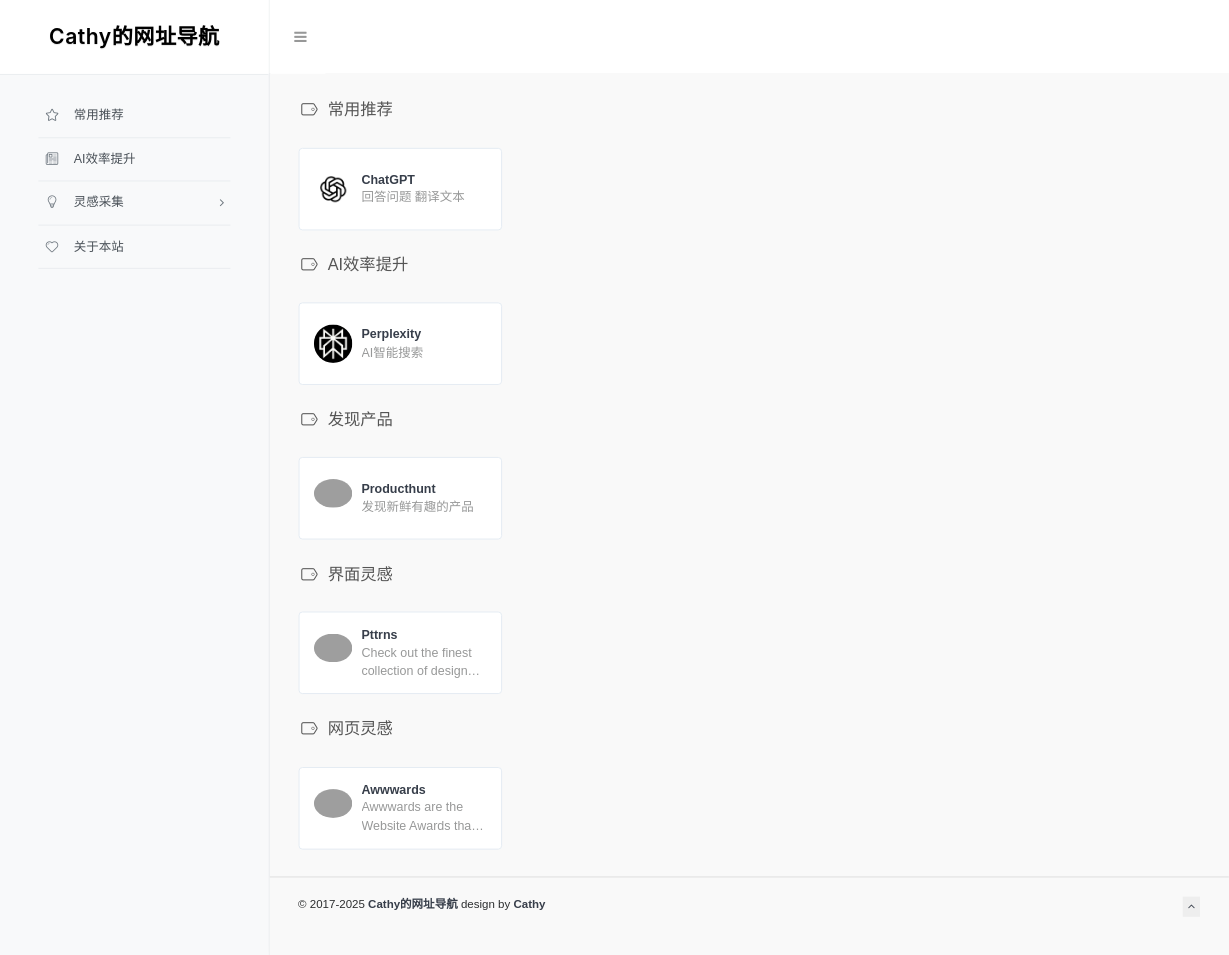
Repository: SweetPomelo0/AINav
Page: cn/index.html
An editor plug-in stored every save of this project. The page is shown before and after the next save, followed by the edit.
The browser window is 1280 px wide. The pictures show the whole page, at 96% of full size.
Pictures or frames that could not be fetched are drawn as grey boxes.

Above is the page before, as saved 2025-07-24 22:49:58.

### cn/index.html
<!doctype html>
<html lang="zh">
  <head>
    <meta charset="utf-8" />
    <meta http-equiv="X-UA-Compatible" content="IE=edge" />
    <meta name="viewport" content="width=device-width, initial-scale=1.0" />
    <meta name="author" content="viggo" />
    <title>Cathy的网址导航</title>
    <meta name="keywords" content="Cathy的网址导航,收集工作中常用网址" />
    <meta name="description" content="Cathy的网址导航,收集工作中常用网址" />
    <link rel="shortcut icon" href="../assets/images/favicon.png" />
    <link
      rel="stylesheet"
      href="http://fonts.googleapis.com/css?family=Arimo:400,700,400italic"
    />
    <link
      rel="stylesheet"
      href="../assets/css/fonts/linecons/css/linecons.css"
    />
    <link
      rel="stylesheet"
      href="../assets/css/fonts/fontawesome/css/font-awesome.min.css"
    />
    <link rel="stylesheet" href="../assets/css/bootstrap.css" />
    <link rel="stylesheet" href="../assets/css/xenon-core.css" />
    <link rel="stylesheet" href="../assets/css/xenon-components.css" />
    <link rel="stylesheet" href="../assets/css/xenon-skins.css" />
    <link rel="stylesheet" href="../assets/css/nav.css" />
    <style>
      /* 自定义logo文字样式 */
      .logo-text {
        text-decoration: none !important;
        display: block;
      }

      .logo-title {
        background: linear-gradient(135deg, #000000 0%, #000000 50%, #000000 100%);
        -webkit-background-clip: text;
        -webkit-text-fill-color: transparent;
        background-clip: text;
        font-size: 22px;
        font-weight: 600;
        font-family: 'Microsoft YaHei', 'PingFang SC', 'SF Pro Display', 'Helvetica Neue', Arial, sans-serif;
        text-decoration: none;
        display: block;
        line-height: 1.3;
        letter-spacing: 0.5px;
        transition: all 0.3s ease;
        text-shadow: 0 1px 1px rgba(0,0,0,0.1);
        text-align: center;
        width: 100%;
        /* 调整上下间距 */
        padding: 5px 0;
      }

      .logo-title-collapsed {
         color: #ffffff;
         font-size: 22px;
         font-weight: 700;
         font-family: 'Microsoft YaHei', 'PingFang SC', 'SF Pro Display', 'Helvetica Neue', Arial, sans-serif;
         text-decoration: none;
         display: inline-block;
         line-height: 1;
         text-align: center;
         width: 42px;
         height: 42px;
         line-height: 42px;
         background: linear-gradient(135deg, #000000 0%, #000000 50%, #000000 100%);
         border-radius: 12px;
         transition: all 0.3s cubic-bezier(0.4, 0, 0.2, 1);
         box-shadow: 0 4px 12px rgba(30, 136, 229, 0.3);
         border: 2px solid rgba(255, 255, 255, 0.1);
       }


      /* 确保logo容器样式 */
       .sidebar-menu .logo-env .logo {
         text-align: center !important;
         width: 100% !important;
         float: none !important;
         display: flex !important;
         justify-content: center !important;
         align-items: center !important;
       }

       /* 添加微妙的发光效果
       .logo-title::before {
         content: '';
         position: absolute;
         top: 0;
         left: 0;
         right: 0;
         bottom: 0;
         background: linear-gradient(135deg, rgba(199, 129, 191, 0.1) 0%, rgba(199, 129, 191, 0.1) 100%);
         border-radius: 8px;
         opacity: 0;
         transition: opacity 0.3s ease;
         z-index: -1;
       }*/

       .logo-text:hover .logo-title::before {
         opacity: 1;
       }

       /* 为logo文字添加相对定位 */
       .logo-title {
         position: relative;
       }

       /* 浅色侧边栏主题样式 */
       .sidebar-menu {
         background: #f8f9fa !important;
         border-right: 1px solid #e9ecef;
         box-shadow: 2px 0 10px rgba(0,0,0,0.1);
       }

       .sidebar-menu .logo-env {
         background: #ffffff;
         border-bottom: 1px solid #e9ecef !important;
         height: 78px;
       }

       .sidebar-menu .main-menu a {
         color: #495057 !important;
         border-bottom: 1px solid #e9ecef !important;
         transition: all 0.3s ease;
       }

       .sidebar-menu .main-menu a:hover {
         color: #007bff !important;
         background: #f1f3f4;
         padding-left: 15px;
         border-left: 3px solid #007bff;
       }

       .sidebar-menu .main-menu li.active > a {
         color: #007bff !important;
         background: #e3f2fd;
         border-left: 3px solid #007bff;
         font-weight: 500;
       }

       .sidebar-menu .main-menu a > i {
         color: #6c757d;
       }

       .sidebar-menu .main-menu a:hover > i,
       .sidebar-menu .main-menu li.active > a > i {
         color: #007bff;
       }

       .sidebar-menu .main-menu li.has-sub > a:before {
         color: #6c757d !important;
       }

       .sidebar-menu .main-menu li.has-sub:hover > a:before,
       .sidebar-menu .main-menu li.has-sub.active > a:before {
         color: #007bff !important;
       }

       /* 子菜单样式 */
       .sidebar-menu .main-menu ul li a {
         color: #6c757d !important;
         padding-left: 35px;
         font-size: 13px;
       }

       .sidebar-menu .main-menu ul li a:hover {
         color: #007bff !important;
         background: #f8f9fa;
         padding-left: 45px;
       }

       .sidebar-menu .main-menu ul li.active > a {
         color: #007bff !important;
         background: #e3f2fd;
         font-weight: 500;
       }

       /* 标签样式调整 */
       .sidebar-menu .main-menu .label {
         background: #28a745;
         color: white;
       }

       .sidebar-menu .main-menu .label-pink {
         background: #e91e63;
       }

       .sidebar-menu .main-menu .label-Primary {
         background: #007bff;
       }
    </style>
    <script src="../assets/js/jquery-1.11.1.min.js"></script>
  </head>

  <body class="page-body">
    <!-- skin-white -->
    <div class="page-container">
      <div class="sidebar-menu toggle-others fixed">
        <div class="sidebar-menu-inner">
          <header class="logo-env">
            <!-- logo -->
            <div class="logo">
              <a href="index.html" class="logo-expanded logo-text">
                <span class="logo-title">Cathy的网址导航</span>
              </a>
              <a href="index.html" class="logo-collapsed logo-text">
                <span class="logo-title-collapsed">C</span>
              </a>
            </div>

          </header>
          <ul id="main-menu" class="main-menu">
            <li>
              <a href="#常用推荐" class="smooth">
                <i class="linecons-star"></i>
                <span class="title">常用推荐</span>
              </a>
            </li>
            <li>
              <a href="#AI效率提升" class="smooth">
                <i class="linecons-doc"></i>
                <span class="title">AI效率提升</span>
              </a>
            </li>
            <li>
              <a>
                <i class="linecons-lightbulb"></i>
                <span class="title">灵感采集</span>
              </a>
              <ul>
                <li>
                  <a href="#发现产品" class="smooth">
                    <span class="title">发现产品</span>
                  </a>
                </li>
                <li>
                  <a href="#界面灵感" class="smooth">
                    <span class="title">界面灵感</span>
                  </a>
                </li>
                <li>
                  <a href="#网页灵感" class="smooth">
                    <span class="title">网页灵感</span>
                    <span class="label label-pink pull-right hidden-collapsed"
                      >Hot</span
                    >
                  </a>
                </li>

              </ul>
            </li>

            <li>
              <a href="about.html">
                <i class="linecons-heart"></i>
                <span class="tooltip-blue">关于本站</span>
                <!-- <span class="label label-Primary pull-right hidden-collapsed"
                  > </span> -->
              </a>
            </li>

          </ul>
        </div>
      </div>
      <div class="main-content">
        <nav class="navbar user-info-navbar" role="navigation">
          <!-- User Info, Notifications and Menu Bar -->
          <!-- Left links for user info navbar -->
          <ul class="user-info-menu left-links list-inline list-unstyled">
            <li class="hidden-sm hidden-xs">
              <a href="#" data-toggle="sidebar">
                <i class="fa-bars"></i>
              </a>
            </li>
        </nav>

        <!-- 常用推荐 -->
        <h4 class="text-gray">
          <i class="linecons-tag" style="margin-right: 7px" id="常用推荐"></i
          >常用推荐
        </h4>
        <div class="row">
          <div class="col-sm-3">
            <div
              class="xe-widget xe-conversations box2 label-info"
              onclick="window.open('https://chatgpt.com/', '_blank')"
              data-toggle="tooltip"
              data-placement="bottom"
              title=""
              data-original-title="https://chatgpt.com/"
            >
              <div class="xe-comment-entry">
                <a class="xe-user-img">
                  <img
                    data-src="../assets/images/logos/chatgpt.png"
                    class="lozad img-circle"
                    width="40"
                  />
                </a>
                <div class="xe-comment">
                  <a href="#" class="xe-user-name overflowClip_1">
                    <strong>ChatGPT</strong>
                  </a>
                  <p class="overflowClip_2">
                    回答问题 翻译文本
                  </p>
                </div>
              </div>
            </div>
          </div>

        </div>
        <br />
        <!-- END 常用推荐 -->

        <!-- AI效率提升 -->
        <h4 class="text-gray">
          <i class="linecons-tag" style="margin-right: 7px" id="AI效率提升"></i
          >AI效率提升
        </h4>
        <div class="row">
          <div class="col-sm-3">
            <div
              class="xe-widget xe-conversations box2 label-info"
              onclick="window.open('https://www.perplexity.ai/', '_blank')"
              data-toggle="tooltip"
              data-placement="bottom"
              title=""
              data-original-title="https://www.perplexity.ai/"
            >
              <div class="xe-comment-entry">
                <a class="xe-user-img">
                  <img
                    data-src="../assets/images/logos/perplexity.png"
                    class="lozad img-circle"
                    width="40"
                  />
                </a>
                <div class="xe-comment">
                  <a href="#" class="xe-user-name overflowClip_1">
                    <strong>Perplexity</strong>
                  </a>
                  <p class="overflowClip_2">
                    AI智能搜索
                  </p>
                </div>
              </div>
            </div>
          </div>
        </div>

        <br />
        <!--END AI提效 -->
        <!-- 发现产品 -->
        <h4 class="text-gray">
          <i class="linecons-tag" style="margin-right: 7px" id="发现产品"></i
          >发现产品
        </h4>
        <div class="row">
          <div class="col-sm-3">
            <div
              class="xe-widget xe-conversations box2 label-info"
              onclick="window.open('https://www.producthunt.com/', '_blank')"
              data-toggle="tooltip"
              data-placement="bottom"
              title=""
              data-original-title="https://www.producthunt.com/"
            >
              <div class="xe-comment-entry">
                <a class="xe-user-img">
                  <img
                    data-src="../assets/images/logos/producthunt.png"
                    class="lozad img-circle"
                    width="40"
                  />
                </a>
                <span
                  class="label label-info"
                  data-toggle="tooltip"
                  data-placement="left"
                  title=""
                  data-original-title="Hello I am a Tooltip"
                ></span>
                <div class="xe-comment">
                  <a href="#" class="xe-user-name overflowClip_1">
                    <strong>Producthunt</strong>
                  </a>
                  <p class="overflowClip_2">发现新鲜有趣的产品</p>
                </div>
              </div>
            </div>
          </div>
        </div>
        <br />
        <!--END 发现产品 -->
        <!-- 界面灵感 -->
        <h4 class="text-gray">
          <i class="linecons-tag" style="margin-right: 7px" id="界面灵感"></i
          >界面灵感
        </h4>
        <div class="row">
          <div class="col-sm-3">
            <div
              class="xe-widget xe-conversations box2 label-info"
              onclick="window.open('https://www.pttrns.com/', '_blank')"
              data-toggle="tooltip"
              data-placement="bottom"
              title=""
              data-original-title="https://www.pttrns.com/"
            >
              <div class="xe-comment-entry">
                <a class="xe-user-img">
                  <img
                    data-src="../assets/images/logos/Pttrns.png"
                    class="lozad img-circle"
                    width="40"
                  />
                </a>
                <div class="xe-comment">
                  <a href="#" class="xe-user-name overflowClip_1">
                    <strong>Pttrns</strong>
                  </a>
                  <p class="overflowClip_2">
                    Check out the finest collection of design patterns,
                    resources, mobile apps and inspiration
                  </p>
                </div>
              </div>
            </div>
          </div>

        </div>
        <!--END 界面灵感 -->
        <br />
        <!-- 网页灵感 -->
        <h4 class="text-gray">
          <i class="linecons-tag" style="margin-right: 7px" id="网页灵感"></i
          >网页灵感
        </h4>
        <div class="row">
          <div class="col-sm-3">
            <div
              class="xe-widget xe-conversations box2 label-info"
              onclick="window.open('https://www.awwwards.com/', '_blank')"
              data-toggle="tooltip"
              data-placement="bottom"
              title=""
              data-original-title="https://www.awwwards.com/"
            >
              <div class="xe-comment-entry">
                <a class="xe-user-img">
                  <img
                    data-src="../assets/images/logos/awwwards.png"
                    class="lozad img-circle"
                    width="40"
                  />
                </a>
                <div class="xe-comment">
                  <a href="#" class="xe-user-name overflowClip_1">
                    <strong>Awwwards</strong>
                  </a>
                  <p class="overflowClip_2">
                    Awwwards are the Website Awards that recognize and promote
                    the talent and effort of the best developers, designers and
                    web agencies in the world.
                  </p>
                </div>
              </div>
            </div>
          </div>

        </div>

        <br />

        <footer class="main-footer sticky footer-type-1">
          <div class="footer-inner">
            <!-- Add your copyright text here -->
            <div class="footer-text">
              &copy; 2017-2025
              <a href="../cn/about.html"><strong>Cathy的网址导航</strong></a> design by
              <a href="https://www.viggoz.com" target="_blank"
                ><strong>Cathy</strong></a
              >
              <!--  - Purchase for only <strong>23$</strong> -->
            </div>
            <!-- Go to Top Link, just add rel="go-top" to any link to add this functionality -->
            <div class="go-up">
              <a href="#" rel="go-top">
                <i class="fa-angle-up"></i>
              </a>
            </div>
          </div>
        </footer>
      </div>
    </div>
    <!-- 锚点平滑移动 -->
    <script type="text/javascript">
      $(document).ready(function () {
        //img lazy loaded
        const observer = lozad();
        observer.observe();

        $(document).on("click", ".has-sub", function () {
          var _this = $(this);
          if (!$(this).hasClass("expanded")) {
            setTimeout(function () {
              _this.find("ul").attr("style", "");
            }, 300);
          } else {
            $(".has-sub ul").each(function (id, ele) {
              var _that = $(this);
              if (_this.find("ul")[0] != ele) {
                setTimeout(function () {
                  _that.attr("style", "");
                }, 300);
              }
            });
          }
        });
        $(".user-info-menu .hidden-sm").click(function () {
          if ($(".sidebar-menu").hasClass("collapsed")) {
            $(".has-sub.expanded > ul").attr("style", "");
          } else {
            $(".has-sub.expanded > ul").show();
          }
        });
        $("#main-menu li ul li").click(function () {
          $(this).siblings("li").removeClass("active"); // 删除其他兄弟元素的样式
          $(this).addClass("active"); // 添加当前元素的样式
        });
        $("a.smooth").click(function (ev) {
          ev.preventDefault();

          public_vars.$mainMenu
            .add(public_vars.$sidebarProfile)
            .toggleClass("mobile-is-visible");
          ps_destroy();
          $("html, body").animate(
            {
              scrollTop: $($(this).attr("href")).offset().top - 30,
            },
            {
              duration: 500,
              easing: "swing",
            }
          );
        });
        return false;
      });

      var href = "";
      var pos = 0;
      $("a.smooth").click(function (e) {
        $("#main-menu li").each(function () {
          $(this).removeClass("active");
        });
        $(this).parent("li").addClass("active");
        e.preventDefault();
        href = $(this).attr("href");
        pos = $(href).position().top - 30;
      });
    </script>
    <!-- Bottom Scripts -->
    <script src="../assets/js/bootstrap.min.js"></script>
    <script src="../assets/js/TweenMax.min.js"></script>
    <script src="../assets/js/resizeable.js"></script>
    <script src="../assets/js/joinable.js"></script>
    <script src="../assets/js/xenon-api.js"></script>
    <script src="../assets/js/xenon-toggles.js"></script>
    <!-- JavaScripts initializations and stuff -->
    <script src="../assets/js/xenon-custom.js"></script>
    <script src="../assets/js/lozad.js"></script>
  </body>
</html>

### assets/css/nav.css
.box2 {
    height: 86px;
    cursor: pointer;
    border-radius: 4px;
    padding: 0px 30px 0px 30px;
    background-color: #fff;
    border-radius: 4px;
    border: 1px solid #e4ecf3;
    margin: 20px 0 0 0;
    -webkit-transition: all 0.3s ease;
    -moz-transition: all 0.3s ease;
    -o-transition: all 0.3s ease;
    transition: all 0.3s ease;
}

.box2:hover {
    transform: translateY(-6px);
    -webkit-transform: translateY(-6px);
    -moz-transform: translateY(-6px);
    box-shadow: 0 26px 40px -24px rgba(0, 36, 100, 0.3);
    -webkit-box-shadow: 0 26px 40px -24px rgba(0, 36, 100, 0.3);
    -moz-box-shadow: 0 26px 40px -24px rgba(0, 36, 100, 0.3);
    -webkit-transition: all 0.3s ease;
    -moz-transition: all 0.3s ease;
    -o-transition: all 0.3s ease;
    transition: all 0.3s ease;
}

.xe-comment-entry img {
    float: left;
    display: block;
    margin-right: 10px;
}
.xe-comment {
    transform: translateY(-50%);
    position: absolute;
    margin-left: 50px;
    top: 50%;
}
.xe-comment p {
    margin-bottom: 0px;
    margin-right: 15px;
}
.overflowClip_1 {
    overflow: hidden;
    text-overflow: ellipsis;
    display: -webkit-box;
    -webkit-line-clamp: 1;
    -webkit-box-orient: vertical;
}
.overflowClip_2 {
    overflow: hidden;
    text-overflow: ellipsis;
    display: -webkit-box;
    -webkit-line-clamp: 2;
    -webkit-box-orient: vertical;
}


.submit-tag{
    margin-top: 50px;

}

.img-circle {
    padding: 7px 0;
}

Loaded but not shown: assets/css/fonts/linecons/css/linecons.css (common file); assets/css/fonts/fontawesome/css/font-awesome.min.css (library); assets/css/bootstrap.css (library); assets/css/xenon-core.css (library); assets/css/xenon-components.css (library); assets/css/xenon-skins.css (library); assets/js/jquery-1.11.1.min.js (library); assets/js/bootstrap.min.js (library); assets/js/TweenMax.min.js (library); assets/js/joinable.js (library); assets/js/xenon-custom.js (1950 lines, source omitted); assets/js/xenon-toggles.js (321 lines, source omitted); assets/js/lozad.js (173 lines, source omitted); assets/js/resizeable.js (122 lines, source omitted); assets/js/xenon-api.js (91 lines, source omitted)

After the next save:
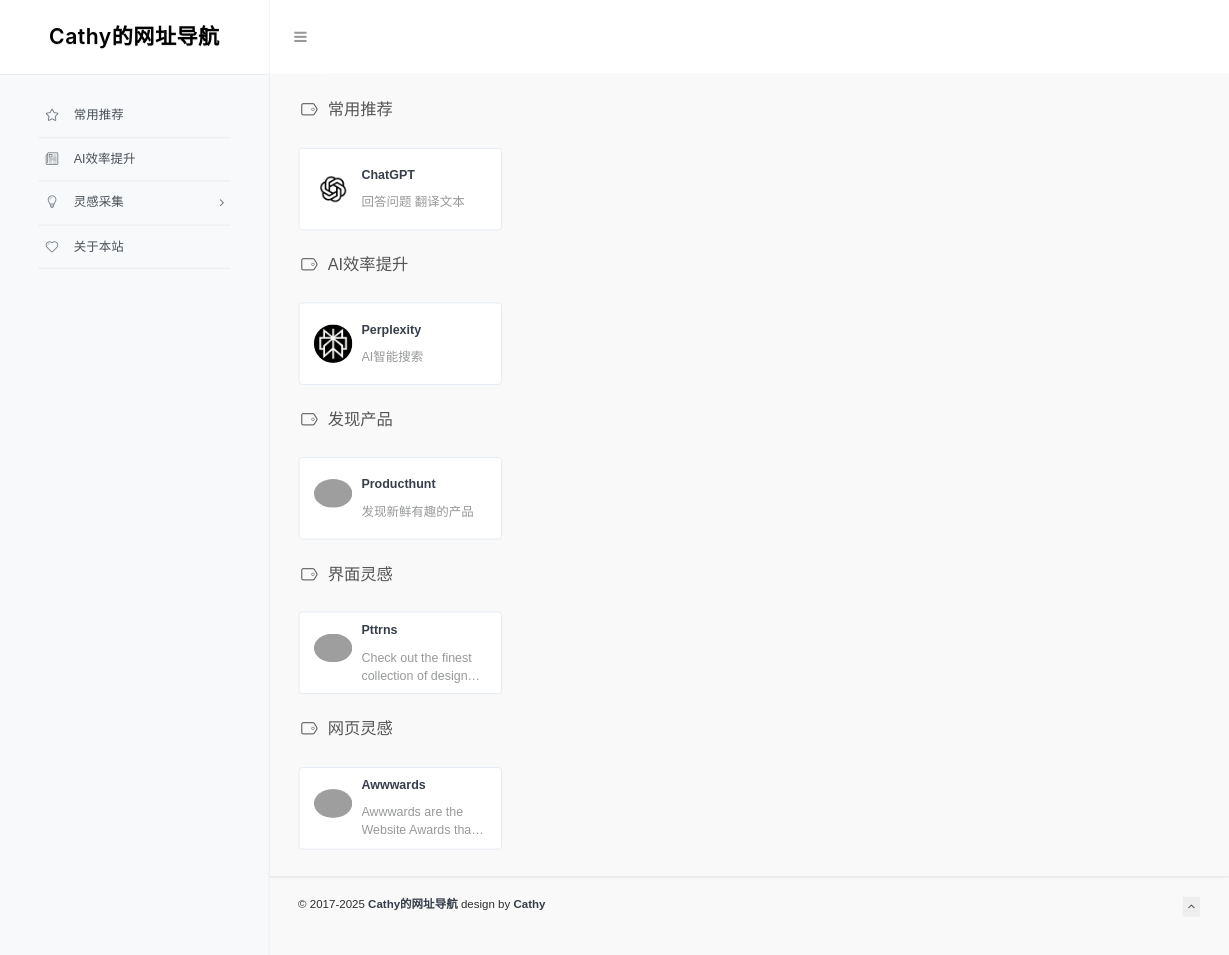
Saved 57 s later.
--- a/assets/css/nav.css
+++ b/assets/css/nav.css
@@ -1,67 +1,66 @@
 .box2 {
-    height: 86px;
-    cursor: pointer;
-    border-radius: 4px;
-    padding: 0px 30px 0px 30px;
-    background-color: #fff;
-    border-radius: 4px;
-    border: 1px solid #e4ecf3;
-    margin: 20px 0 0 0;
-    -webkit-transition: all 0.3s ease;
-    -moz-transition: all 0.3s ease;
-    -o-transition: all 0.3s ease;
-    transition: all 0.3s ease;
+  height: 86px;
+  cursor: pointer;
+  border-radius: 4px;
+  padding: 0px 30px 0px 30px;
+  background-color: #fff;
+  border-radius: 4px;
+  border: 1px solid #e4ecf3;
+  margin: 20px 0 0 0;
+  -webkit-transition: all 0.3s ease;
+  -moz-transition: all 0.3s ease;
+  -o-transition: all 0.3s ease;
+  transition: all 0.3s ease;
 }
 
 .box2:hover {
-    transform: translateY(-6px);
-    -webkit-transform: translateY(-6px);
-    -moz-transform: translateY(-6px);
-    box-shadow: 0 26px 40px -24px rgba(0, 36, 100, 0.3);
-    -webkit-box-shadow: 0 26px 40px -24px rgba(0, 36, 100, 0.3);
-    -moz-box-shadow: 0 26px 40px -24px rgba(0, 36, 100, 0.3);
-    -webkit-transition: all 0.3s ease;
-    -moz-transition: all 0.3s ease;
-    -o-transition: all 0.3s ease;
-    transition: all 0.3s ease;
+  transform: translateY(-6px);
+  -webkit-transform: translateY(-6px);
+  -moz-transform: translateY(-6px);
+  box-shadow: 0 26px 40px -24px rgba(0, 36, 100, 0.3);
+  -webkit-box-shadow: 0 26px 40px -24px rgba(0, 36, 100, 0.3);
+  -moz-box-shadow: 0 26px 40px -24px rgba(0, 36, 100, 0.3);
+  -webkit-transition: all 0.3s ease;
+  -moz-transition: all 0.3s ease;
+  -o-transition: all 0.3s ease;
+  transition: all 0.3s ease;
 }
 
 .xe-comment-entry img {
-    float: left;
-    display: block;
-    margin-right: 10px;
+  float: left;
+  display: block;
+  margin-right: 10px;
 }
 .xe-comment {
-    transform: translateY(-50%);
-    position: absolute;
-    margin-left: 50px;
-    top: 50%;
+  transform: translateY(-50%);
+  position: absolute;
+  margin-left: 50px;
+  top: 50%;
 }
 .xe-comment p {
-    margin-bottom: 0px;
-    margin-right: 15px;
+  margin-bottom: 0px;
+  margin-right: 15px;
 }
 .overflowClip_1 {
-    overflow: hidden;
-    text-overflow: ellipsis;
-    display: -webkit-box;
-    -webkit-line-clamp: 1;
-    -webkit-box-orient: vertical;
+  overflow: hidden;
+  text-overflow: ellipsis;
+  display: -webkit-box;
+  -webkit-line-clamp: 1;
+  -webkit-box-orient: vertical;
 }
 .overflowClip_2 {
-    overflow: hidden;
-    text-overflow: ellipsis;
-    display: -webkit-box;
-    -webkit-line-clamp: 2;
-    -webkit-box-orient: vertical;
+  overflow: hidden;
+  text-overflow: ellipsis;
+  display: -webkit-box;
+  -webkit-line-clamp: 2;
+  -webkit-box-orient: vertical;
+  margin-top: 10px;
 }
 
-
-.submit-tag{
-    margin-top: 50px;
-
+.submit-tag {
+  margin-top: 50px;
 }
 
 .img-circle {
-    padding: 7px 0;
+  padding: 7px 0;
 }
